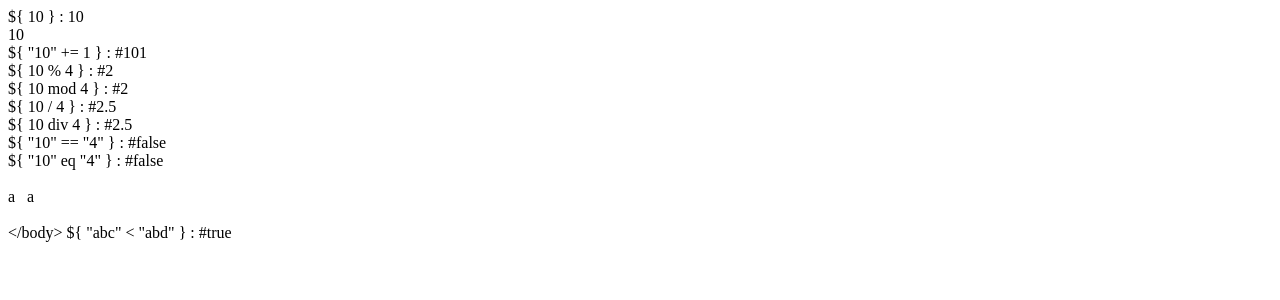
Repository: SeongYeonYun/HUMAN_SQL1
Page: http://localhost/proj4-jsp/el_3.jsp
An editor plug-in stored every save of this project. The page is shown before and after the next save, followed by the edit.
The browser window is 1280 px wide. The pictures show the whole page.
The page is served by Tomcat 9.

Above is the page before, as saved 2025-08-22 01:11:28.

After the next save:
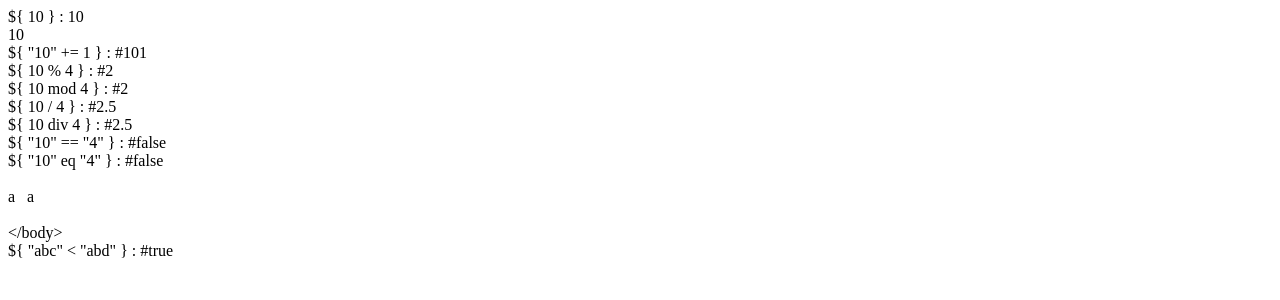
Saved 8 s later.
--- a/workspace_java/proj4-jsp/src/main/webapp/el_3.jsp
+++ b/workspace_java/proj4-jsp/src/main/webapp/el_3.jsp
@@ -30,7 +30,7 @@
 \${ "10" eq "4" } : #${  "10" eq "4" } <br><br>
 a&nbsp;&nbsp; a<br><br>
 
-&lt;/body&gt <!-- 태그 출력하는법 -->
+&lt;/body&gt <!-- 태그 출력하는법 --><br>
 
 <!-- ne : 같지 않다. not (eq), gt : 크다 작다, nbsp : 띄어쓰기   -->
 
